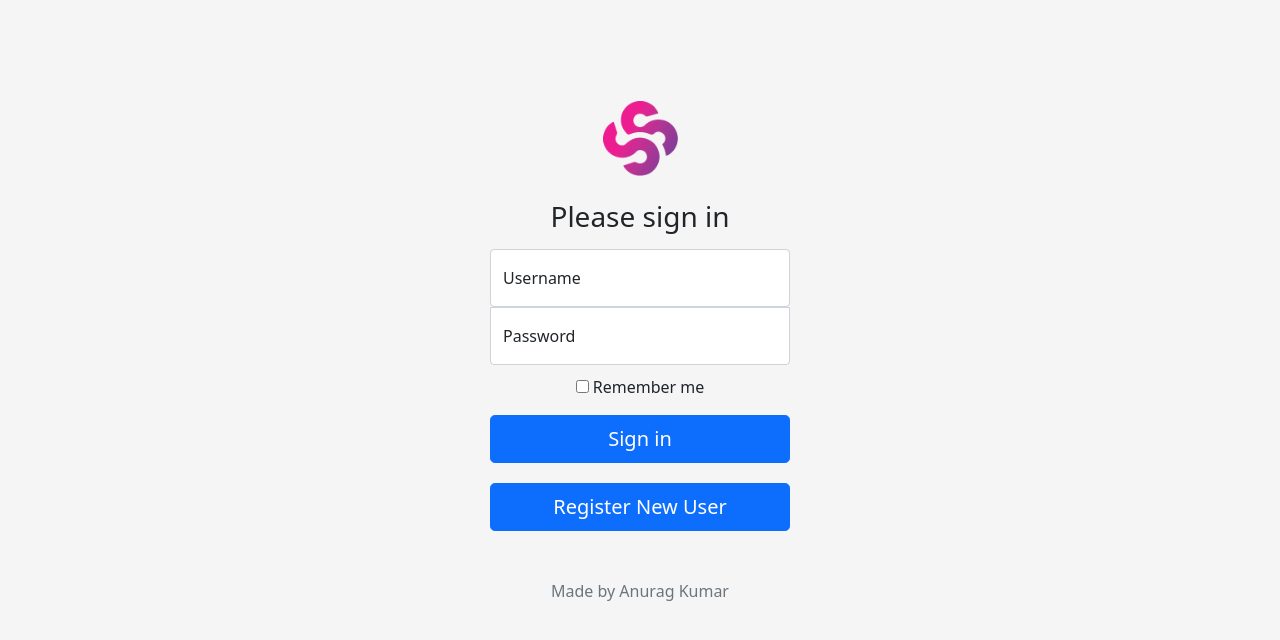
Repository: anuragkr41/FSDPhase3
Page: http://localhost/sporty-shoes/WEB-INF/view/login.jsp
An editor plug-in stored every save of this project. The page is shown before and after the next save, followed by the edit.
The browser window is 1280 px wide. The pictures show the whole page.
The page is served by Tomcat 9. Nobody is signed in. Other server files are loaded and not shown. The template is opened directly, without the code that normally fills it, so the values that code supplies are empty.

Above is the page before, as saved 2021-07-25 17:32:35.

### sporty-shoes/WebContent/WEB-INF/view/login.jsp
<%@ page language="java" contentType="text/html; charset=ISO-8859-1"
    pageEncoding="ISO-8859-1"%>
<%@ taglib uri="http://java.sun.com/jsp/jstl/core" prefix="c"%>
<%@ taglib uri="http://www.springframework.org/tags/form" prefix="form"%>



<!doctype html>
<html lang="en">
  <head>
    <!-- Required meta tags -->
    <meta charset="utf-8">
    <meta name="viewport" content="width=device-width, initial-scale=1">

    <!-- Bootstrap CSS -->
    <link href="https://cdn.jsdelivr.net/npm/bootstrap@5.0.1/dist/css/bootstrap.min.css" rel="stylesheet" integrity="sha384-+0n0xVW2eSR5OomGNYDnhzAbDsOXxcvSN1TPprVMTNDbiYZCxYbOOl7+AMvyTG2x" crossorigin="anonymous">

    <!-- Custom CSS  -->
    <style><%@include file="/resources/css/signin.css"%></style>
    <title>Sporty Shoes Log in</title>
  </head>
  <body class="text-center">

    <!-- Optional JavaScript; choose one of the two! -->

    <!-- Option 1: Bootstrap Bundle with Popper -->
    <script src="https://cdn.jsdelivr.net/npm/bootstrap@5.0.1/dist/js/bootstrap.bundle.min.js" integrity="sha384-gtEjrD/SeCtmISkJkNUaaKMoLD0//ElJ19smozuHV6z3Iehds+3Ulb9Bn9Plx0x4" crossorigin="anonymous"></script>

    <!-- Option 2: Separate Popper and Bootstrap JSs -->
    <!--
    <script src="https://cdn.jsdelivr.net/npm/@popperjs/core@2.9.2/dist/umd/popper.min.js" integrity="sha384-IQsoLXl5PILFhosVNubq5LC7Qb9DXgDA9i+tQ8Zj3iwWAwPtgFTxbJ8NT4GN1R8p" crossorigin="anonymous"></script>
    <script src="https://cdn.jsdeldivr.net/npm/bootstrap@5.0.1/dist/js/bootstrap.min.js" integrity="sha384-Atwg2Pkwv9vp0ygtn1JAojH0nYbwNJLPhwyoVbhoPwBhjQPR5VtM2+xf0Uwh9KtT" crossorigin="anonymous"></script>
    -->

    <main class="form-signin">

    <form:form action="${pageContext.request.contextPath}/authenticateTheUser" method="POST">
    <img class="mb-4" src="${pageContext.request.contextPath}/resources/images/Logo.png" alt="Main logo" width="75" height="75">

    <h1 class="h3 mb-3 fw-normal">Please sign in</h1>

    <!-- Check for the login error -->
    <c:if test="${param.error !=null }">
    	<div class="alert alert-danger col-xs-offset-1 col-xs-10">
    	Invalid username and password
    	</div>

    </c:if>


      <div class="form-floating">
        <input type="text" name ="username" class="form-control" id="floatingInput" placeholder="username">
        <label for="floatingInput">Username</label>
      </div>
      <div class="form-floating">
        <input type="password" name = "password" class="form-control" id="floatingPassword" placeholder="Password">
        <label for="floatingPassword">Password</label>
      </div>

  		<span id="loginError"></span>

      <div class="checkbox mb-3">
        <label>
          <input type="checkbox" value="remember-me"> Remember me
        </label>
      </div>
     <button class="w-100 btn btn-lg btn-primary" type="submit">Sign in</button>
     <button class="w-100 btn btn-lg btn-primary" style='margin-top: 20px' type="submit">Register New User</button>
      <p class="mt-5 mb-3 text-muted"> Made by Anurag Kumar</p>

    </form:form>

    </main>
  </body>
</html>

Loaded but not shown: sporty-shoes/WebContent/resources/css/signin.css (common file)

After the next save:
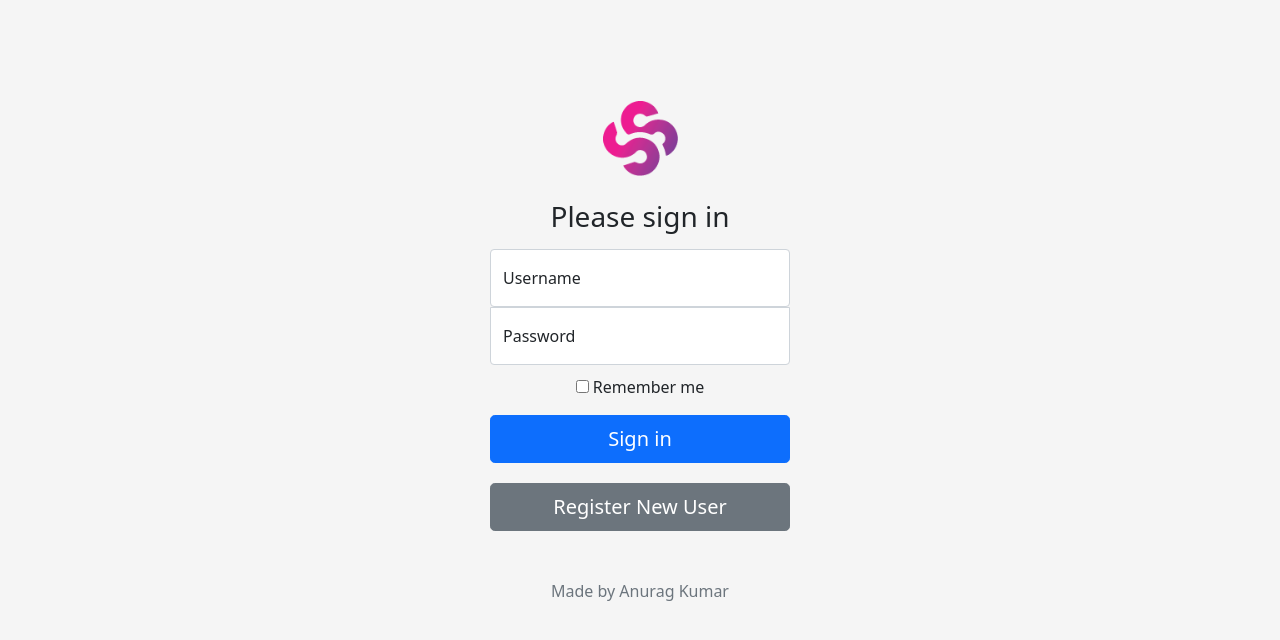
Saved 2 min 20 s later.
--- a/sporty-shoes/WebContent/WEB-INF/view/login.jsp
+++ b/sporty-shoes/WebContent/WEB-INF/view/login.jsp
@@ -65,7 +65,7 @@
         </label>
       </div>
      <button class="w-100 btn btn-lg btn-primary" type="submit">Sign in</button>
-     <button class="w-100 btn btn-lg btn-primary" style='margin-top: 20px' type="submit">Register New User</button>
+     <button class="w-100 btn btn-lg btn-secondary" style='margin-top: 20px' type="submit">Register New User</button>
       <p class="mt-5 mb-3 text-muted"> Made by Anurag Kumar</p>
 
     </form:form>
